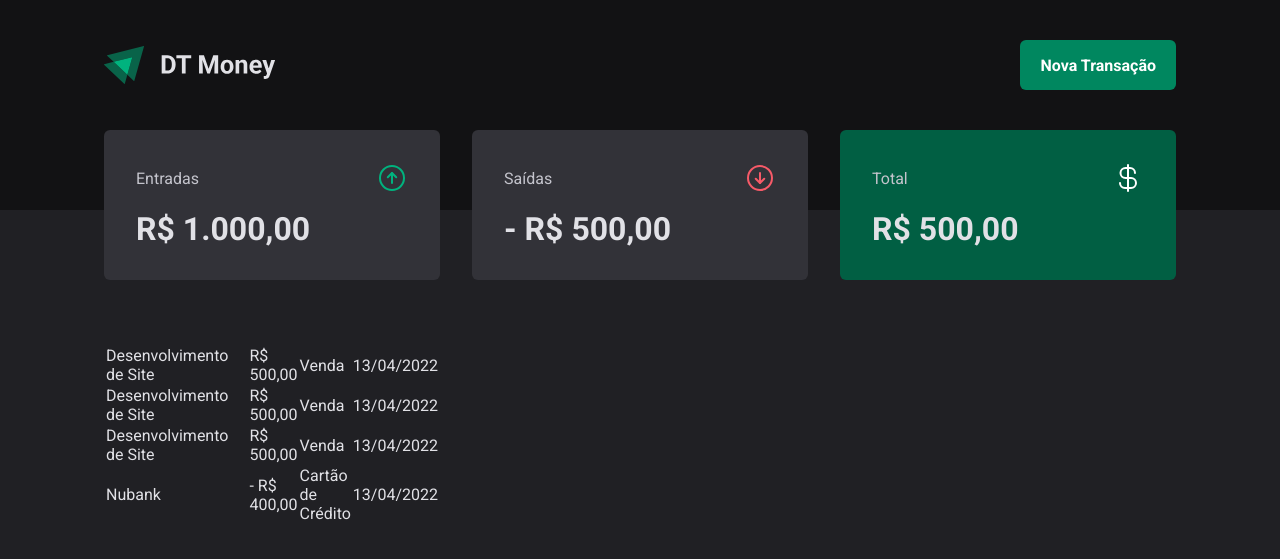
Repository: guilhermecardoso93/dtmoney-reactjs-ignite
Page: /
These files come from the project's save history. The page is drawn as it stood at one moment and after the next save; the edit follows.
The browser window is 1280 px wide. The pictures show the whole page.
The project was rebuilt for these pictures with package versions that can differ from the ones it lists, and the page was loaded fresh each time. Also part of the build but not shown: vite.config.ts.

Above is the page before, as saved 2022-08-15 21:24:44.

After the next save:
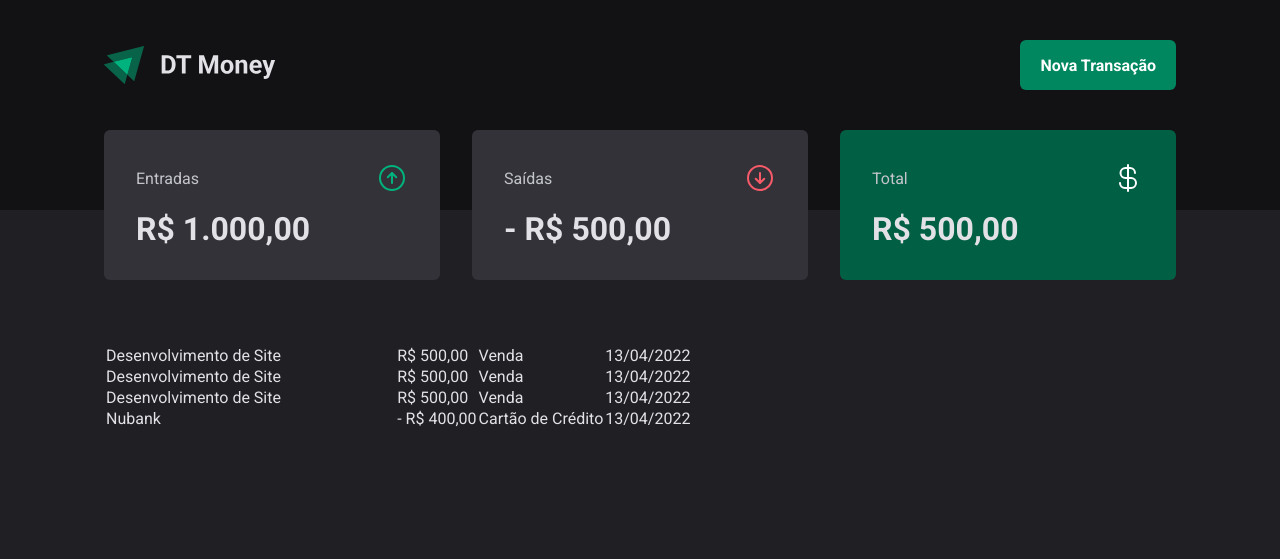
Saved 15 s later.
--- a/src/pages/Transactions/styles.ts
+++ b/src/pages/Transactions/styles.ts
@@ -6,8 +6,4 @@ export const TransactionContainer = styled.main`
   margin: 4rem auto 0;
   padding: 0 1.5rem;
 
-  display:grid;
-  grid-template-columns:  repeat(3, 1fr);
-  gap: 2rem;
-
-  `;
+   `;
